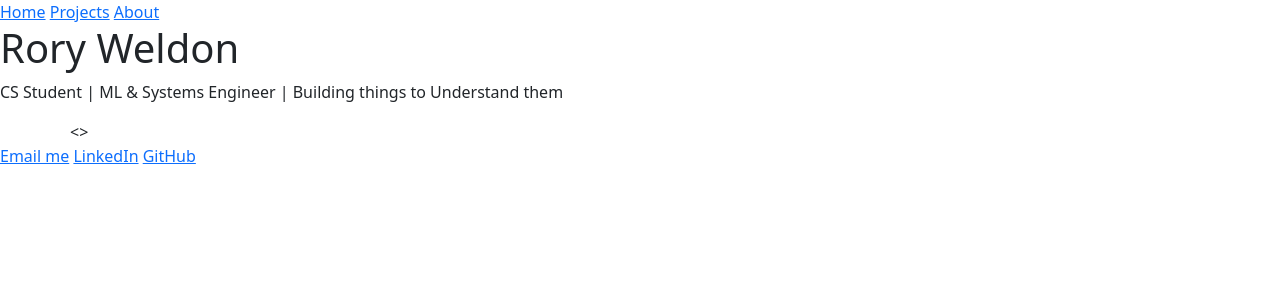
Repository: Art3misF0wl90/Portfolio
Page: index.html
These files come from the project's save history. The page is drawn as it stood at one moment and after a run of saves; the edit follows.
The browser window is 1280 px wide. The pictures show the whole page.

Above is the page before, as saved 2026-06-17 19:15:16.

After the next 3 saves:
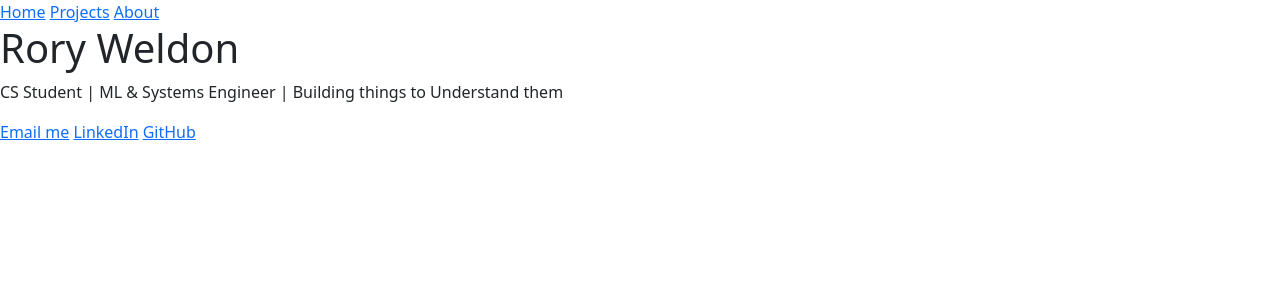
The 3 saves are shown as one change because they came seconds apart.
The last was saved 8 s later.
--- a/index.html
+++ b/index.html
@@ -34,7 +34,7 @@
 
       <div class="container">
         <div class="row">
-          <>
+          <div class="col-md-4">
         </div>
       </div>
       <!-- Main content - Teasers for projects-->
